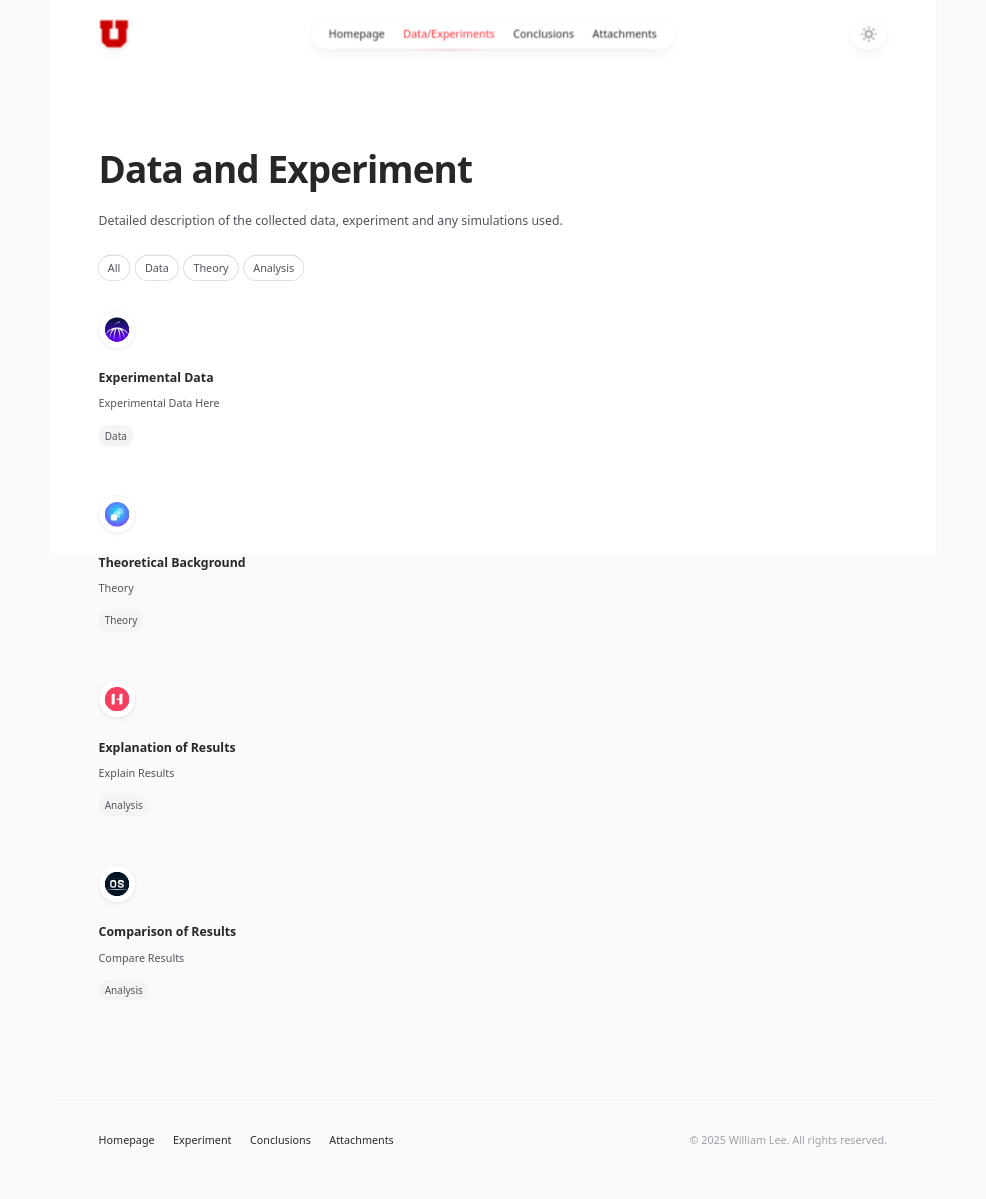
Repository: willwlee/chen3701
Page: /projects
An editor plug-in stored every save of this project. The page is shown before and after the next save, followed by the edit.
The browser window is 1280 px wide. The pictures show the whole page, at 77% of full size.
The page's requests for data from a server got no answer. The project was rebuilt for these pictures with package versions that can differ from the ones it lists, and the page was loaded fresh each time. The framework's server and built-in components were replaced by stand-ins that run in the browser. No one was signed in, and anything a server would have sent is missing. Also part of the build but not shown: next.config.mjs.

Above is the page before, as saved 2025-09-15 19:04:07.

### src/app/layout.tsx
import { type Metadata } from 'next'

import { Providers } from '@/app/providers'
import { Layout } from '@/components/Layout'

import '@/styles/tailwind.css'

export const metadata: Metadata = {
  title: {
    template: '%s - CH EN 3701',
    default:
      'Mon-8 CH EN 3701',
  },
  description:
    'I’m Sathya Tadinada, a software developer and college student based in Salt Lake City. I’m excited to grow my skills in the tech field and make a positive impact through my work.',
  alternates: {
    types: {
      'application/rss+xml': `${process.env.NEXT_PUBLIC_SITE_URL}/feed.xml`,
    },
  },
}

export default function RootLayout({
  children,
}: {
  children: React.ReactNode
}) {
  return (
    <html lang="en" className="h-full antialiased" suppressHydrationWarning>
      <meta name='theme-color'></meta>
      <body className="flex h-full bg-zinc-50 dark:bg-black">
        <Providers>
          <div className="flex w-full">
            <Layout>{children}</Layout>
          </div>
        </Providers>
      </body>
    </html>
  )
}

### src/app/projects/page.tsx
import { type Metadata } from 'next'
import Link from 'next/link'
import Image from 'next/image'

import { Card } from '@/components/Card'
import { SimpleLayout } from '@/components/SimpleLayout'

import logoAnimaginary from '@/images/logos/animaginary.svg'
import logoCosmos from '@/images/logos/cosmos.svg'
import logoHelioStream from '@/images/logos/helio-stream.svg'
import logoOpenShuttle from '@/images/logos/open-shuttle.svg'
import logoPlanetaria from '@/images/logos/planetaria.svg'

/* -------------------------------------------------------------------------- */
/*  Project data                                                              */
/* -------------------------------------------------------------------------- */

type Project = {
  name: string
  description: string
  logo: any
  tags: string[]
}

const projects: Project[] = [
  {
    name: 'Experimental Data',
    description:
      'Experimental Data Here',
    logo: logoPlanetaria,
    tags: ['Data'],
  },
  {
    name: 'Theoretical Background',
    description:
      'Theory',
    logo: logoAnimaginary,
    tags: ['Theory'],
  },
  {
    name: 'Explanation of Results',
    description:
      'Explain Results',
    logo: logoHelioStream,
    tags: ['Analysis'],
  },
  {
    name: 'Comparison of Results',
    description: 'Compare Results',
    logo: logoCosmos,
    tags: ['Analysis'],
  },
]


function normalizeTags(input?: string) {
  if (!input) return []
  const parts = input.split(',').filter(Boolean).map(decodeURIComponent)

  if (parts.length === 1) {
    return [parts[0]]
  } else if (parts.length === 2) {
    return [parts[1]]
  }
  return []
}

function hrefFor(tag: string, selected: string[]) {
  const next = selected.includes(tag)
    ? selected.filter(t => t !== tag)
    : [...selected, tag]

  if (next.length === 0) return '/projects'
  return `/projects?tags=${next.map(encodeURIComponent).join(',')}`
}

function TagChip({ tag, selected }: { tag: string; selected: string[] }) {
  const isActive = tag !== 'All' && selected.includes(tag)
  const href = tag === 'All' ? '/projects' : hrefFor(tag, selected)

  return (
    <Link
      href={href}
      className={`rounded-full px-3 py-1 text-sm font-medium ring-1 ring-zinc-300 dark:ring-zinc-700 transition
        ${
          isActive
            ? 'bg-zinc-800 text-white dark:bg-zinc-200 dark:text-zinc-900'
            : 'text-zinc-600 hover:bg-zinc-100 dark:text-zinc-400 dark:hover:bg-zinc-700'
        }`}
    >
      {tag}
    </Link>
  )
}

/* Icon for the external-link footer */
function LinkIcon(props: React.ComponentPropsWithoutRef<'svg'>) {
  return (
    <svg viewBox="0 0 24 24" aria-hidden="true" {...props}>
      <path
        d="M15.712 11.823a.75.75 0 1 0 1.06 1.06l-1.06-1.06Zm-4.95 1.768a.75.75 0 0 0 1.06-1.06l-1.06 1.06Zm-2.475-1.414a.75.75 0 1 0-1.06-1.06l1.06 1.06Zm4.95-1.768a.75.75 0 1 0-1.06 1.06l1.06-1.06Zm3.359.53-.884.884 1.06 1.06.885-.883-1.061-1.06Zm-4.95-2.12 1.414-1.415L12 6.344l-1.415 1.413 1.061 1.061Zm0 3.535a2.5 2.5 0 0 1 0-3.536l-1.06-1.06a4 4 0 0 0 0 5.656l1.06-1.06Zm4.95-4.95a2.5 2.5 0 0 1 0 3.535L17.656 12a4 4 0 0 0 0-5.657l-1.06 1.06Zm1.06-1.06a4 4 0 0 0-5.656 0l1.06 1.06a2.5 2.5 0 0 1 3.536 0l1.06-1.06Zm-7.07 7.07.176.177 1.06-1.06-.176-.177-1.06 1.06Zm-3.183-.353.884-.884-1.06-1.06-.884.883 1.06 1.06Zm4.95 2.121-1.414 1.414 1.06 1.06 1.415-1.413-1.06-1.061Zm0-3.536a2.5 2.5 0 0 1 0 3.536l1.06 1.06a4 4 0 0 0 0-5.656l-1.06 1.06Zm-4.95 4.95a2.5 2.5 0 0 1 0-3.535L6.344 12a4 4 0 0 0 0 5.656l1.06-1.06Zm-1.06 1.06a4 4 0 0 0 5.657 0l-1.061-1.06a2.5 2.5 0 0 1-3.535 0l-1.061 1.06Zm7.07-7.07-.176-.177-1.06 1.06.176.178 1.06-1.061Z"
        fill="currentColor"
      />
    </svg>
  )
}

export const metadata: Metadata = {
  title: 'Data/Experiment',
  description: 'Data and Experiment Section',
}

export default async function Projects({
  searchParams,
}: {
  searchParams: Promise<{ tags?: string }>
}) {
  /* current filter → chips & project list */
  const selected = normalizeTags((await searchParams).tags)
  const allTags = Array.from(
    new Set(projects.flatMap(p => p.tags ?? [])),
  )

  const visible =
    selected.length === 0
      ? projects
      : projects.filter(p => selected.every(t => p.tags?.includes(t)))

  return (
    <SimpleLayout
      title="Data and Experiment"
      intro="Detailed description of the collected data, experiment and any simulations used."
      gapClass="mt-12 sm:mt-8"
    >
      {/* filter bar */}
      {allTags.length > 0 && (
        <div className="mb-10 flex flex-wrap gap-2">
          <TagChip tag="All" selected={selected} />
          {allTags.map(tag => (
            <TagChip key={tag} tag={tag} selected={selected} />
          ))}
        </div>
      )}

      {/* project grid */}
      <ul
        role="list"
        className="grid grid-cols-1 gap-x-12 gap-y-16"
      >
        {visible.map(project => (
          <Card as="li" key={project.name}>
            {/* logo */}
            <div className="relative z-10 flex h-12 w-12 items-center justify-center rounded-full bg-white shadow-md shadow-zinc-800/5 ring-1 ring-zinc-900/5 dark:border dark:border-zinc-700/50 dark:bg-zinc-800 dark:ring-0">
              <Image src={project.logo} alt="" className="h-8 w-8" unoptimized />
            </div>

            {/* name */}
            <h2 className="mt-6 text-base font-semibold text-zinc-800 dark:text-zinc-100">
              {project.name}
            </h2>

            {/* description */}
            <Card.Description>{project.description}</Card.Description>

            {/* tech-stack chips */}
            {project.tags?.length > 0 && (
              <div className="relative z-10 mt-4 flex flex-wrap gap-2">
                {project.tags
                  .slice()
                  .sort()
                  .map(tag => (
                    <span
                      key={tag}
                      className="rounded-full bg-zinc-100 px-2 py-0.5 text-xs font-medium text-zinc-600 dark:bg-zinc-700/40 dark:text-zinc-300"
                    >
                      {tag}
                    </span>
                  ))}
              </div>
            )}
          </Card>
        ))}
      </ul>
      {visible.length === 0 && (
        <p className="mt-4 text-zinc-500 dark:text-zinc-400">
          No projects match&nbsp;
          {[...selected]
            .sort((a, b) => a.localeCompare(b))
            .map(t => `"${t}"`)
            .join(', ')}
          .
        </p>
      )}
    </SimpleLayout>
  )
}

### src/app/providers.tsx
'use client'

import { createContext, useEffect, useRef } from 'react'
import { usePathname } from 'next/navigation'
import { ThemeProvider, useTheme } from 'next-themes'

function usePrevious<T>(value: T): T | undefined {
  const ref = useRef<T | undefined>(undefined)

  useEffect(() => {
    ref.current = value
  }, [value])

  return ref.current
}

function ThemeWatcher() {
  let { resolvedTheme, setTheme } = useTheme()

  useEffect(() => {
    let media = window.matchMedia('(prefers-color-scheme: dark)')

    function onMediaChange() {
      let systemTheme = media.matches ? 'dark' : 'light'
      if (resolvedTheme === systemTheme) {
        setTheme('system')
      }
    }

    onMediaChange()
    media.addEventListener('change', onMediaChange)

    return () => {
      media.removeEventListener('change', onMediaChange)
    }
  }, [resolvedTheme, setTheme])

  return null
}

export const AppContext = createContext<{ previousPathname?: string }>({})

export function Providers({ children }: { children: React.ReactNode }) {
  let pathname = usePathname()
  let previousPathname = usePrevious(pathname)

  return (
    <AppContext.Provider value={{ previousPathname }}>
      <ThemeProvider attribute="class" disableTransitionOnChange>
        <ThemeWatcher />
        {children}
      </ThemeProvider>
    </AppContext.Provider>
  )
}

### src/styles/tailwind.css
@config "../../tailwind.config.ts";
@plugin "@tailwindcss/typography";
@import 'tailwindcss';

@layer utilities {
  /* Hide scrollbar but keep scrolling */
  .no-scrollbar {
    -ms-overflow-style: none; /* IE/old Edge */
    scrollbar-width: none; /* Firefox */
  }
  .no-scrollbar::-webkit-scrollbar {
    display: none; /* Chrome/Safari/Opera */
  }
}

html {
  scroll-behavior: smooth;
}

### src/components/Card.tsx
import Link from 'next/link'
import clsx from 'clsx'

function ChevronRightIcon(props: React.ComponentPropsWithoutRef<'svg'>) {
  return (
    <svg viewBox="0 0 16 16" fill="none" aria-hidden="true" {...props}>
      <path
        d="M6.75 5.75 9.25 8l-2.5 2.25"
        strokeWidth="1.5"
        strokeLinecap="round"
        strokeLinejoin="round"
      />
    </svg>
  )
}

export function Card<T extends React.ElementType = 'div'>({
  as,
  className,
  children,
}: Omit<React.ComponentPropsWithoutRef<T>, 'as' | 'className'> & {
  as?: T
  className?: string
}) {
  let Component = as ?? 'div'

  return (
    <Component
      className={clsx(className, 'group relative flex flex-col items-start')}
    >
      {children}
    </Component>
  )
}

Card.Link = function CardLink({
  children,
  ...props
}: React.ComponentPropsWithoutRef<typeof Link>) {
  return (
    <>
      <div className="absolute -inset-x-4 -inset-y-6 z-0 scale-95 bg-zinc-50 opacity-0 transition group-hover:scale-100 group-hover:opacity-100 sm:-inset-x-6 sm:rounded-2xl dark:bg-zinc-800/50" />
      <Link {...props}>
        <span className="absolute -inset-x-4 -inset-y-6 z-20 sm:-inset-x-6 sm:rounded-2xl" />
        <span className="relative z-10">{children}</span>
      </Link>
    </>
  )
}

Card.Title = function CardTitle<T extends React.ElementType = 'h2'>({
  as,
  href,
  children,
}: Omit<React.ComponentPropsWithoutRef<T>, 'as' | 'href'> & {
  as?: T
  href?: string
}) {
  const Component = as ?? 'h2'
  return (
    <Component
      className="
        m-0 text-base font-semibold tracking-tight text-zinc-800 dark:text-zinc-100
        [&>a]:no-underline [&>a]:text-inherit
      "
    >
      {href ? <Card.Link href={href}>{children}</Card.Link> : children}
    </Component>
  )
}

Card.Description = function CardDescription({
  children,
}: {
  children: React.ReactNode
}) {
  return (
    <p className="relative z-10 mt-2 text-sm text-zinc-600 dark:text-zinc-400">
      {children}
    </p>
  )
}

Card.Cta = function CardCta({ children }: { children: React.ReactNode }) {
  return (
    <div
      aria-hidden="true"
      className="relative z-10 mt-4 flex items-center text-sm font-medium text-blue-500"
    >
      {children}
      <ChevronRightIcon className="ml-1 h-4 w-4 stroke-current" />
    </div>
  )
}

Card.Eyebrow = function CardEyebrow<T extends React.ElementType = 'p'>({
  as,
  decorate = false,
  className,
  children,
  ...props
}: Omit<React.ComponentPropsWithoutRef<T>, 'as' | 'decorate'> & {
  as?: T
  decorate?: boolean
}) {
  let Component = as ?? 'p'

  return (
    <Component
      className={clsx(
        className,
        'relative z-10 order-first mb-3 flex items-center text-sm text-zinc-400 dark:text-zinc-500',
        decorate && 'pl-3.5',
      )}
      {...props}
    >
      {decorate && (
        <span
          className="absolute inset-y-0 left-0 flex items-center"
          aria-hidden="true"
        >
          <span className="h-4 w-0.5 rounded-full bg-zinc-200 dark:bg-zinc-500" />
        </span>
      )}
      {children}
    </Component>
  )
}

### src/components/SimpleLayout.tsx
import { Container } from '@/components/Container'

export function SimpleLayout({
  title,
  intro,
  children,
  gapClass = 'mt-16 sm:mt-20',
}: {
  title: string
  intro: string
  children?: React.ReactNode
  gapClass?: string
}) {
  return (
    <Container className="mt-16 sm:mt-32">
      <header className="max-w-2xl">
        <h1 className="text-4xl font-bold tracking-tight text-zinc-800 sm:text-5xl dark:text-zinc-100">
          {title}
        </h1>
        <p className="mt-6 text-base text-zinc-600 dark:text-zinc-400">
          {intro}
        </p>
      </header>
      {children && <div className={gapClass}>{children}</div>}
    </Container>
  )
}

### src/components/Footer.tsx
import Link from 'next/link'

import { ContainerInner, ContainerOuter } from '@/components/Container'

function NavLink({
  href,
  children,
}: {
  href: string
  children: React.ReactNode
}) {
  return (
    <Link
      href={href}
      className="transition hover:text-blue-500 dark:hover:text-blue-400"
    >
      {children}
    </Link>
  )
}

export function Footer() {
  return (
    <footer className="mt-32 flex-none">
      <ContainerOuter>
        <div className="border-t border-zinc-100 pb-16 pt-10 dark:border-zinc-700/40">
          <ContainerInner>
            <div className="flex flex-col items-center justify-between gap-6 sm:flex-row">
              <div className="flex flex-wrap justify-center gap-x-6 gap-y-1 text-sm font-medium text-zinc-800 dark:text-zinc-200">
                <NavLink href="/about">Homepage</NavLink>
                <NavLink href="/projects">Experiment</NavLink>
                {/* <NavLink href="/speaking">Research</NavLink> */}
                <NavLink href="/blog">Conclusions</NavLink>
                <NavLink href="/contact">Attachments</NavLink>
              </div>
              <p className="text-sm text-zinc-400 dark:text-zinc-500">
                <a href="mailto:sathya@tadinada.com" target='_blank' rel='noreferrer'>&copy; {new Date().getFullYear()} William Lee. All rights reserved.</a>
              </p>
            </div>
          </ContainerInner>
        </div>
      </ContainerOuter>
    </footer>
  )
}

### src/components/Container.tsx
import { forwardRef } from 'react'
import clsx from 'clsx'

export const ContainerOuter = forwardRef<
  React.ElementRef<'div'>,
  React.ComponentPropsWithoutRef<'div'>
>(function OuterContainer({ className, children, ...props }, ref) {
  return (
    <div ref={ref} className={clsx('sm:px-8', className)} {...props}>
      <div className="mx-auto w-full max-w-7xl lg:px-8">{children}</div>
    </div>
  )
})

export const ContainerInner = forwardRef<
  React.ElementRef<'div'>,
  React.ComponentPropsWithoutRef<'div'>
>(function InnerContainer({ className, children, ...props }, ref) {
  return (
    <div
      ref={ref}
      className={clsx('relative px-4 sm:px-8 lg:px-12', className)}
      {...props}
    >
      <div className="mx-auto max-w-2xl lg:max-w-5xl">{children}</div>
    </div>
  )
})

export const Container = forwardRef<
  React.ElementRef<typeof ContainerOuter>,
  React.ComponentPropsWithoutRef<typeof ContainerOuter>
>(function Container({ children, ...props }, ref) {
  return (
    <ContainerOuter ref={ref} {...props}>
      <ContainerInner>{children}</ContainerInner>
    </ContainerOuter>
  )
})

Loaded but not shown: src/components/Layout.tsx (common file); src/components/Header.tsx (473 lines, source omitted); tailwind.config.ts (194 lines, source omitted)

After the next save:
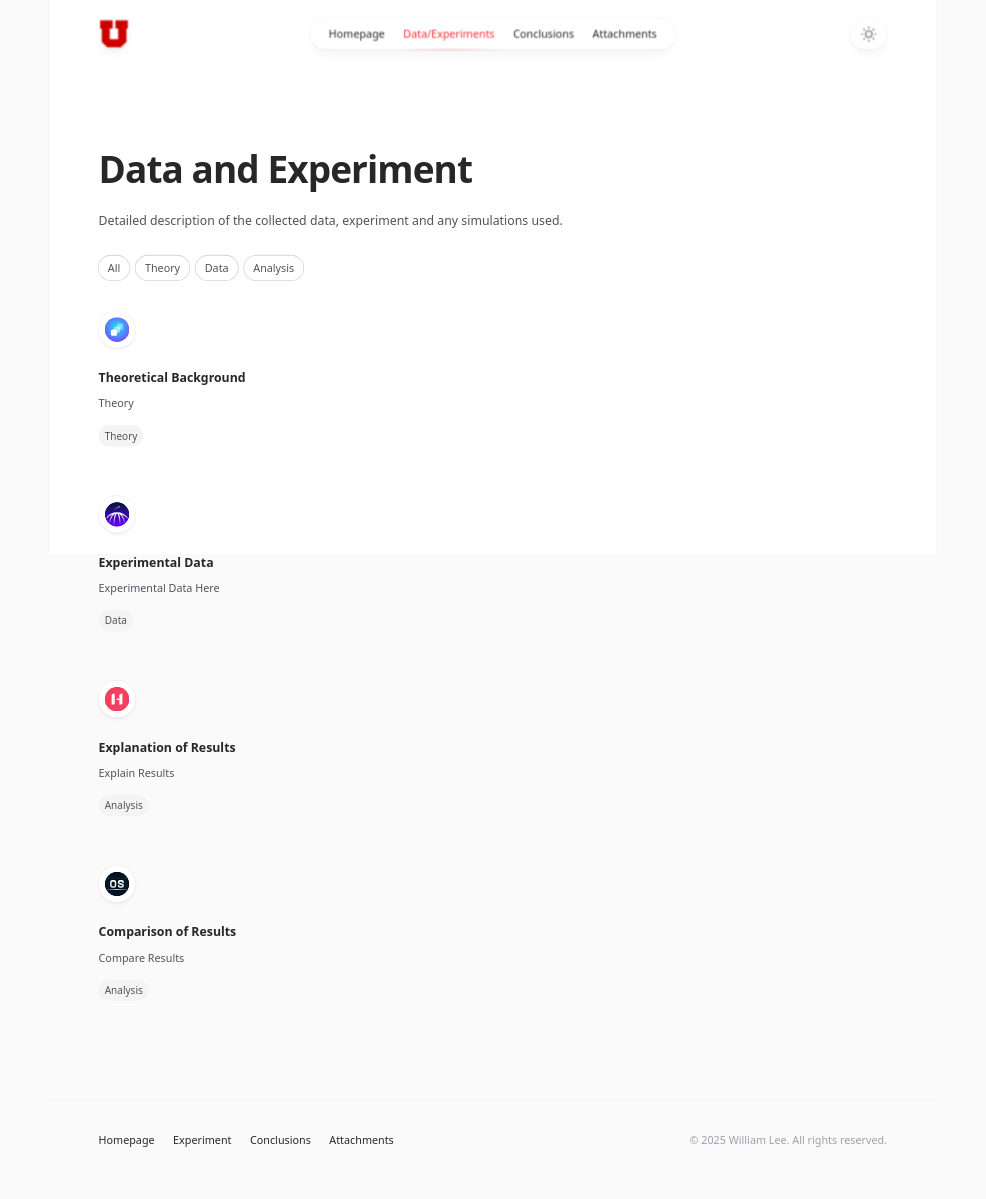
Saved 34 s later.
--- a/src/app/projects/page.tsx
+++ b/src/app/projects/page.tsx
@@ -24,19 +24,21 @@ type Project = {
 
 const projects: Project[] = [
   {
+    name: 'Theoretical Background',
+    description:
+      'Theory',
+    logo: logoAnimaginary,
+    tags: ['Theory'],
+  },
+
+  {
     name: 'Experimental Data',
     description:
       'Experimental Data Here',
     logo: logoPlanetaria,
     tags: ['Data'],
   },
-  {
-    name: 'Theoretical Background',
-    description:
-      'Theory',
-    logo: logoAnimaginary,
-    tags: ['Theory'],
-  },
+
   {
     name: 'Explanation of Results',
     description:
@@ -44,6 +46,7 @@ const projects: Project[] = [
     logo: logoHelioStream,
     tags: ['Analysis'],
   },
+
   {
     name: 'Comparison of Results',
     description: 'Compare Results',
